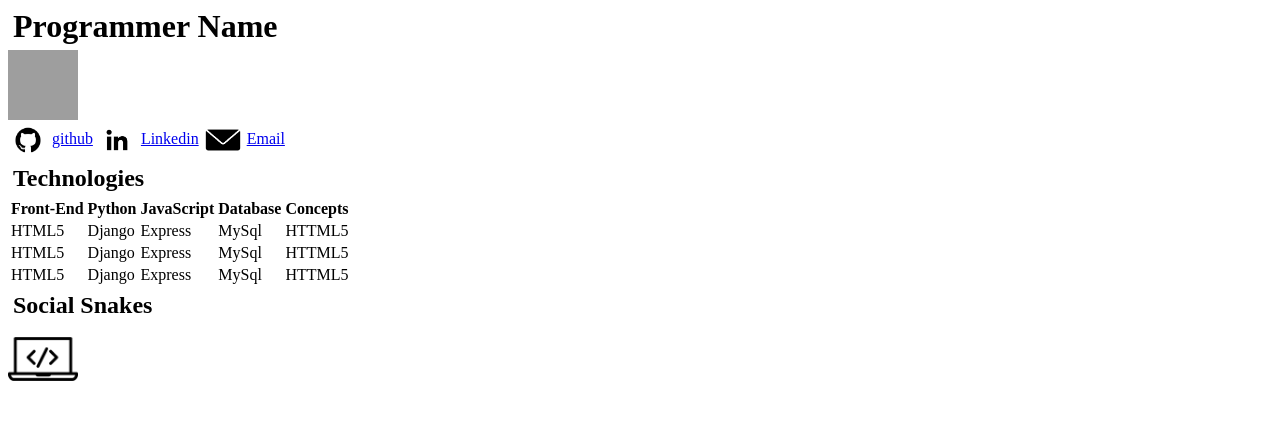
Repository: Fredy452/Fundamentos_de_la_Web
Page: Trabajos/Portafolio/index.html
The author's editor kept a copy of each file at every save. The page is drawn from the files as they stood at one save, then again after the next save.
The browser window is 1280 px wide. The pictures show the whole page.
Pictures or frames that could not be fetched are drawn as grey boxes.

Above is the page before, as saved 2023-06-14 21:22:19.

After the next save:
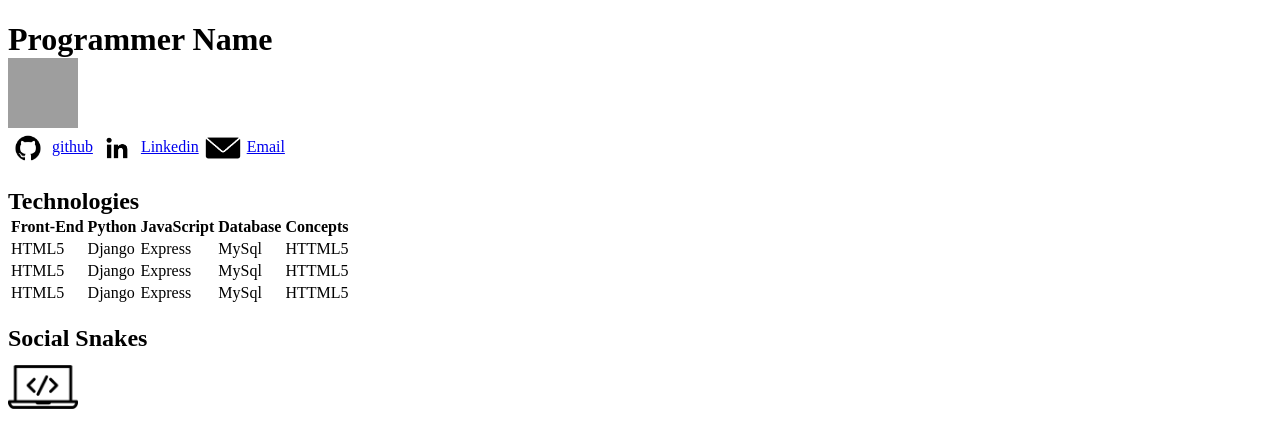
Saved 18 s later.
--- a/Trabajos/Portafolio/css/style.css
+++ b/Trabajos/Portafolio/css/style.css
@@ -5,5 +5,5 @@ img{
     vertical-align: middle;
 }
 h1{
-    margin: 5px;
+    margin-bottom: 0px;
 }
